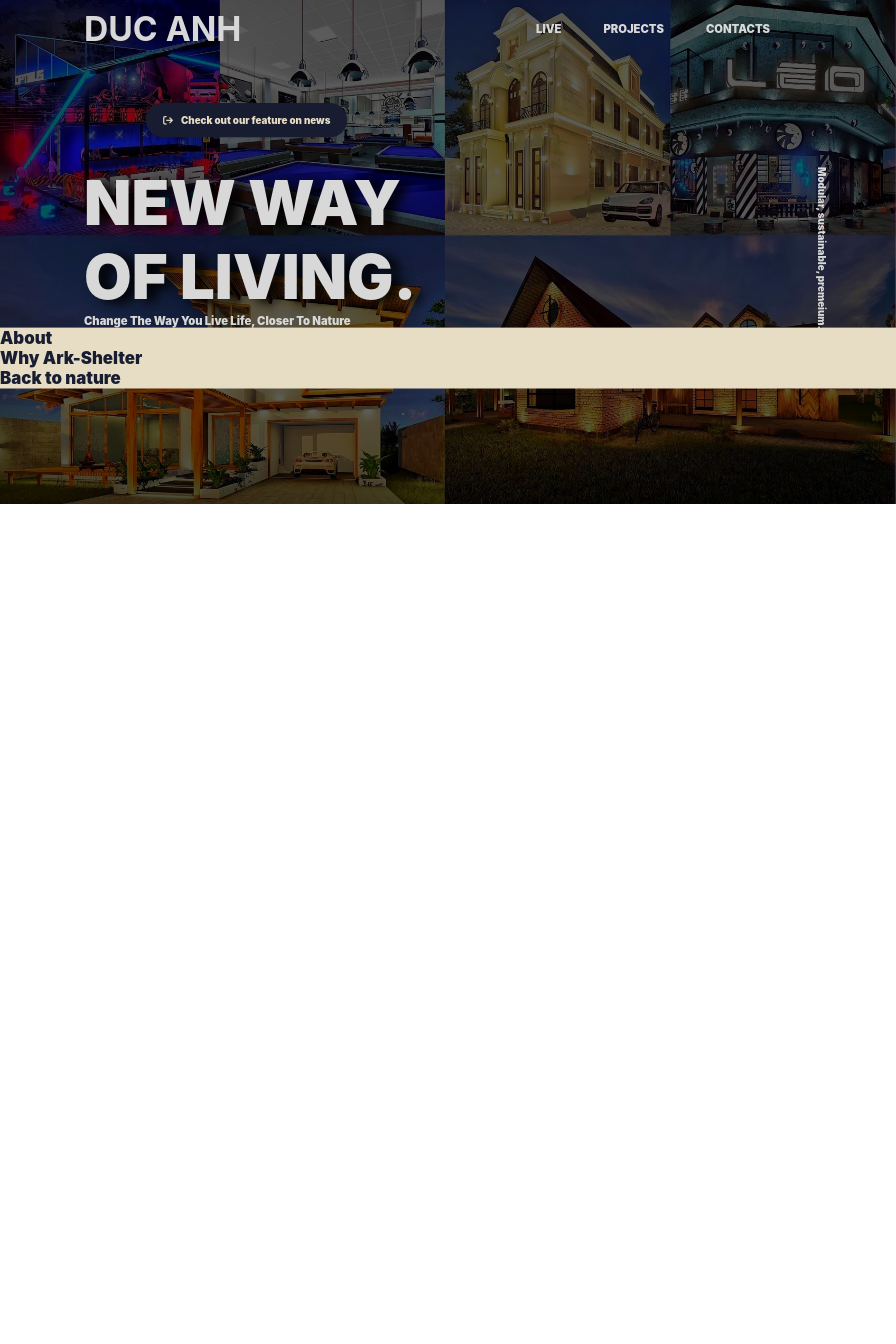
Repository: Ethanxcode/DucAnhNguyen
Page: index.html
These files come from the project's save history. The page is drawn as it stood at one moment and after the next save; the edit follows.
The browser window is 1280 px wide. The pictures show the part of the page from y = 0 to 1920 px (the page is 10000 px tall), at 70% of full size.

Above is the page before, as saved 2023-01-14 01:29:58.

After the next save:
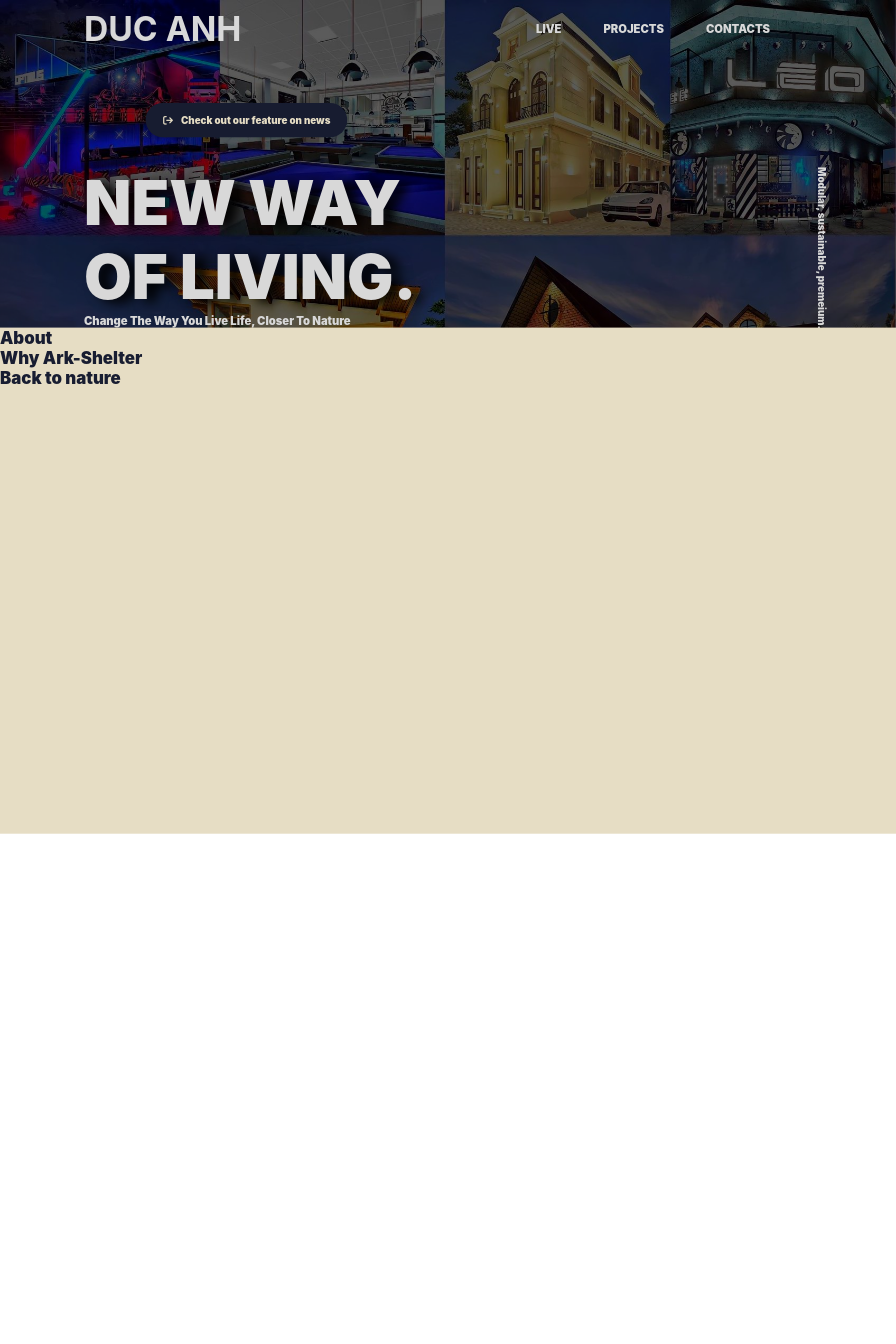
Saved 4 s later.
--- a/style.css
+++ b/style.css
@@ -386,8 +386,7 @@ subHeaderMenu > ul > li > a {
 
 .AboutSection {
 	background-color: var(--almod);
-	/* height: 723px; */
-
+	height: 723px;
 	/* position: relative; */
 	width: 100%;
 }
